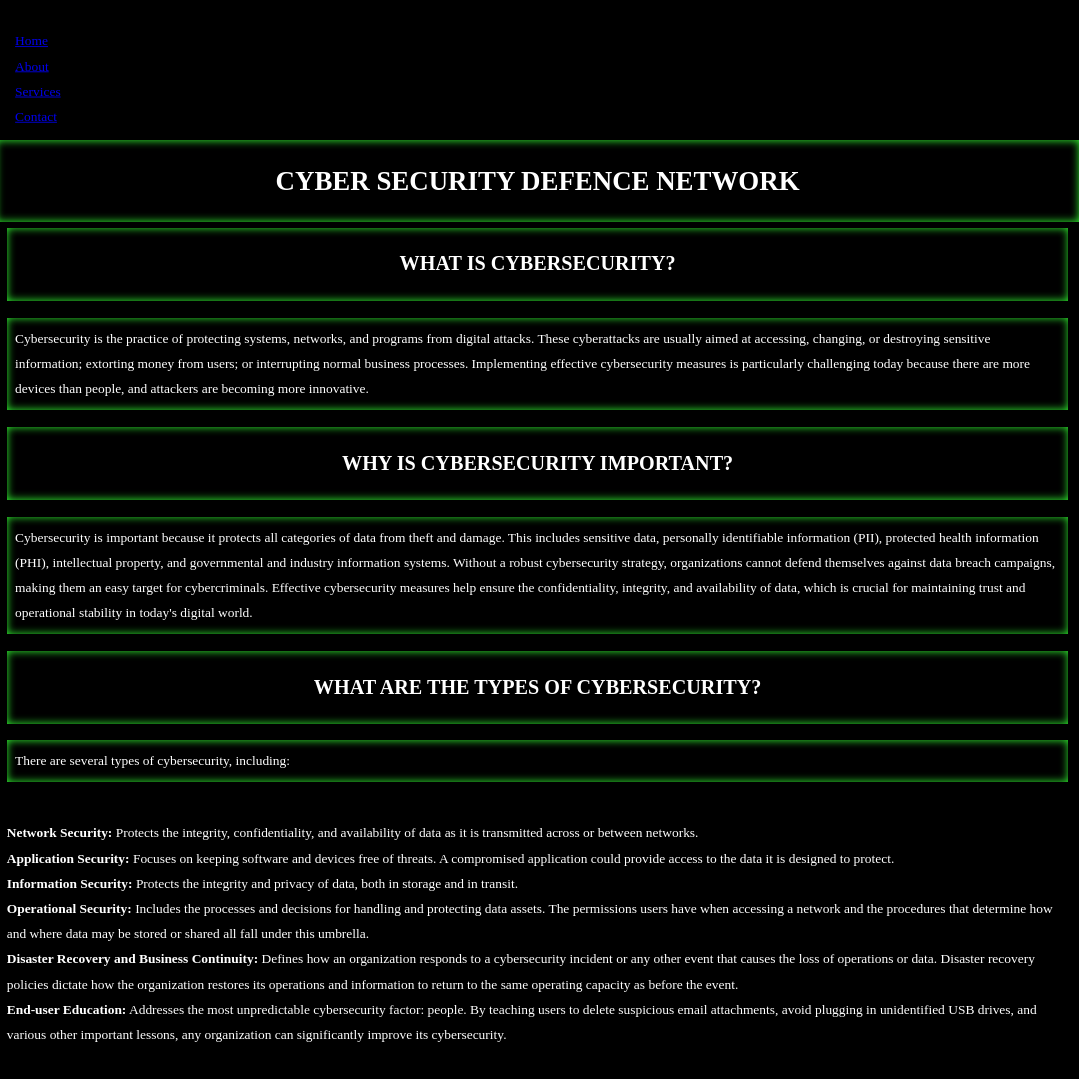
Repository: newworldhost/nwh
Page: index.html
An editor plug-in stored every save of this project. The page is shown before and after the next save, followed by the edit.
The browser window is 1280 px wide. The page is 1285 px wide, so the pictures cover 1285 px, including what lies to the right of the window. The pictures show the whole page, at 84% of full size.

Above is the page before, as saved 2025-03-04 15:51:22.

### index.html
<!DOCTYPE html>
<html lang="en">
<head>
    <meta charset="UTF-8">
    <meta name="viewport" content="width=device-width, initial-scale=1.0">
    <meta name="author" content="cyber security defence network">
    <meta name="description" content="cyber security defence network">
    <meta name="keywords" content="cyber security defence network">
    <link rel="stylesheet" href="style.css">
    <title>cyber security defence network</title>
</head>
<body>
    <header>
        <nav>
            <ul>
                <li><a href="index.html">Home</a></li>
                <li><a href="about.html">About</a></li>
                <li><a href="services.html">Services</a></li>
                <li><a href="contact.html">Contact</a></li>
            </ul>
        </nav>
    <h1>cyber security defence network</h1>

    <h2>What is cybersecurity?</h2>
    <p>Cybersecurity is the practice of protecting systems, networks, and programs from digital attacks. These cyberattacks are usually aimed at accessing, changing, or destroying sensitive information; extorting money from users; or interrupting normal business processes. Implementing effective cybersecurity measures is particularly challenging today because there are more devices than people, and attackers are becoming more innovative.</p>
    <h2>Why is cybersecurity important?</h2>
    <p>Cybersecurity is important because it protects all categories of data from theft and damage. This includes sensitive data, personally identifiable information (PII), protected health information (PHI), intellectual property, and governmental and industry information systems. Without a robust cybersecurity strategy, organizations cannot defend themselves against data breach campaigns, making them an easy target for cybercriminals. Effective cybersecurity measures help ensure the confidentiality, integrity, and availability of data, which is crucial for maintaining trust and operational stability in today's digital world.</p>
    <h2>What are the types of cybersecurity?</h2>
    <p>There are several types of cybersecurity, including:</p>
    <ul>
        <li><strong>Network Security:</strong> Protects the integrity, confidentiality, and availability of data as it is transmitted across or between networks.</li>
        <li><strong>Application Security:</strong> Focuses on keeping software and devices free of threats. A compromised application could provide access to the data it is designed to protect.</li>
        <li><strong>Information Security:</strong> Protects the integrity and privacy of data, both in storage and in transit.</li>
        <li><strong>Operational Security:</strong> Includes the processes and decisions for handling and protecting data assets. The permissions users have when accessing a network and the procedures that determine how and where data may be stored or shared all fall under this umbrella.</li>
        <li><strong>Disaster Recovery and Business Continuity:</strong> Defines how an organization responds to a cybersecurity incident or any other event that causes the loss of operations or data. Disaster recovery policies dictate how the organization restores its operations and information to return to the same operating capacity as before the event.</li>
        <li><strong>End-user Education:</strong> Addresses the most unpredictable cybersecurity factor: people. By teaching users to delete suspicious email attachments, avoid plugging in unidentified USB drives, and various other important lessons, any organization can significantly improve its cybersecurity.</li>
    </ul>
</body>
</html>

### style.css
h1 {
    text-align: center;
    background-color: black;
    color: white;
    padding: 30px;
    text-transform: uppercase;
    box-shadow: inset 0 0 10px #33ff33;
    margin: -13px;
}
h2 {
    text-align: center;
    background-color: black;
    color: white;
    padding: 30px;
    text-transform: uppercase;
    box-shadow: inset 0 0 10px #33ff33;
}
p {
    background-color: black;
    color: white;
    padding: 10px;
    box-shadow: inset 0 0 10px #33ff33;
    line-height: 30px;
    list-style-type: none;
}
body {
    background-color: black;
}
ul {
    background-color: black;
    color: white;
    padding: 10px;
    line-height: 30px;
    list-style-type: none;
    display: inline;
}
nav {
    background-color: black;
    color: white;
    display: flex;
}

After the next save:
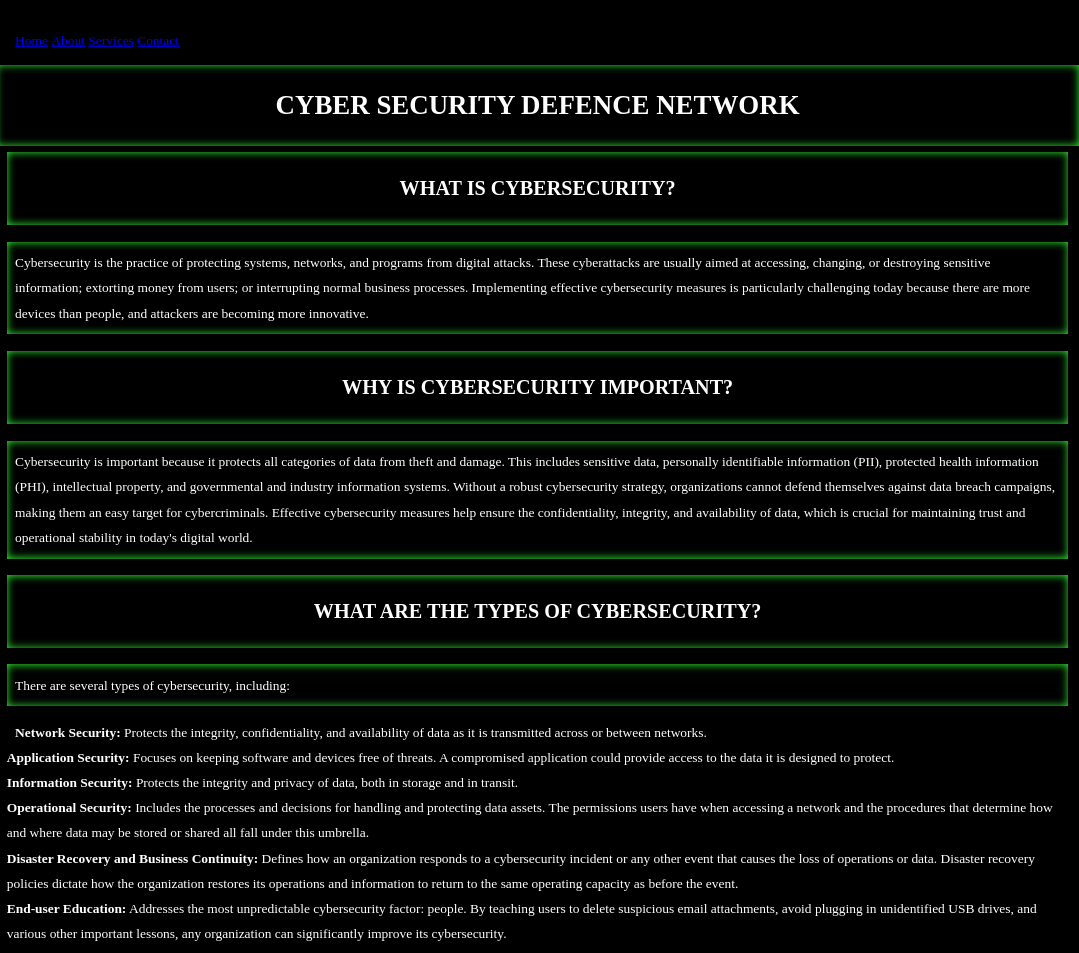
Saved 32 s later.
--- a/style.css
+++ b/style.css
@@ -39,3 +39,6 @@ nav {
     color: white;
     display: flex;
 }
+li {
+    display:inline-block;
+}
